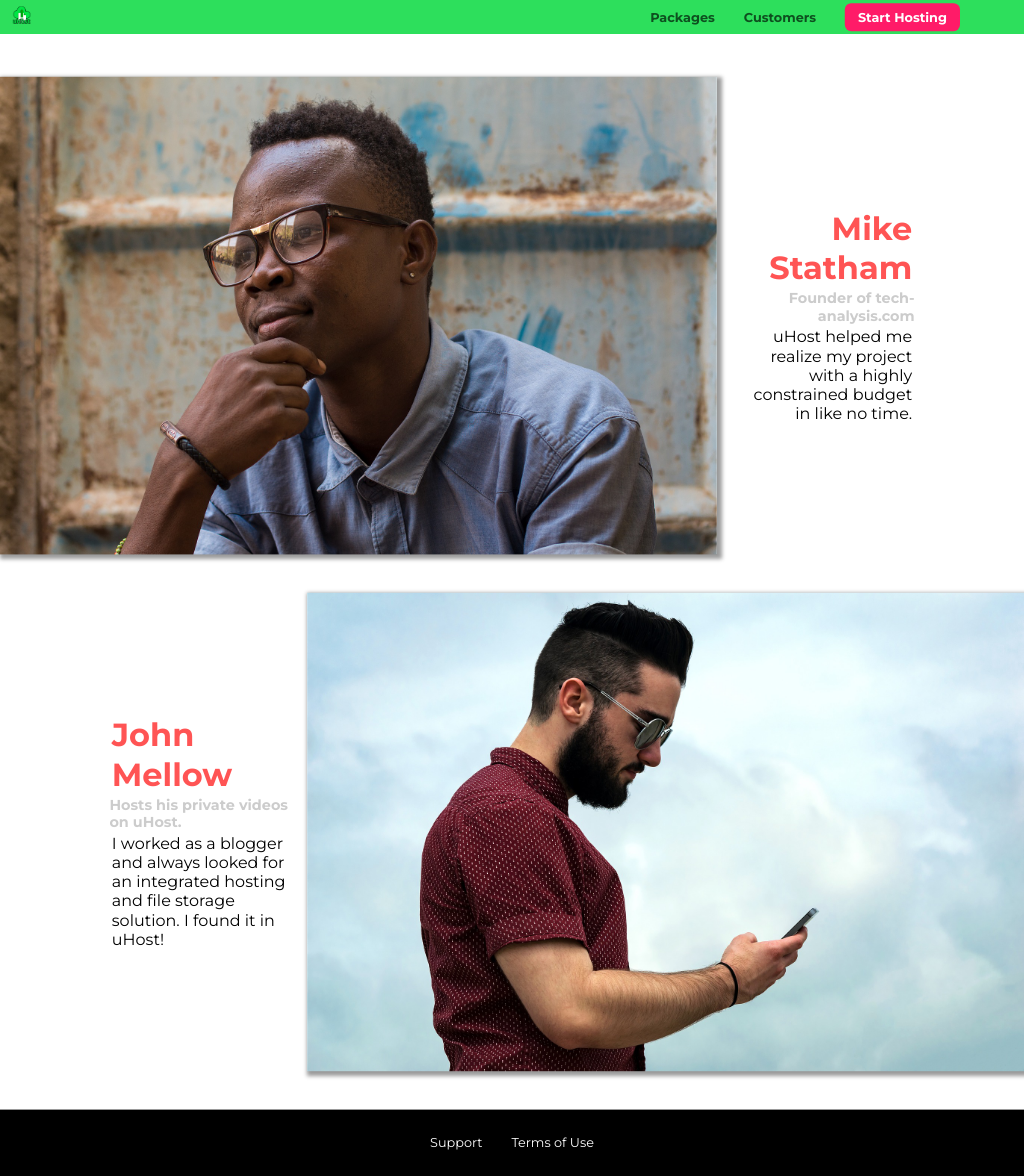
Repository: Nowacki97PL/UdemyCSS
Page: customers/index.html
The author's editor kept a copy of each file at every save. The page is drawn from the files as they stood at one save, then again after a run of saves.
The browser window is 1280 px wide. The pictures show the whole page, at 80% of full size.

Above is the page before, as saved 2023-11-18 14:26:18.

### customers/index.html
<!DOCTYPE html>
<html lang="en">

<head>
    <meta charset="UTF-8">
    <meta name="viewport" content="width=device-width, initial-scale=1.0">
    <meta http-equiv="X-UA-Compatible" content="ie=edge">
    <title>uHost Customers</title>
    <link rel="shortcut icon" href="../images/favicon.png">
    <link href="https://fonts.googleapis.com/css?family=Anton|Montserrat:400,700" rel="stylesheet">
    <link rel="stylesheet" href="customers.css">
    <link rel="stylesheet" href="../shared.css">
    <link rel="stylesheet" href="../main.css">
</head>

<body>
    <div class="backdrop"></div>
    <header class="main-header">
        <div>
            <a href="../index.html" class="main-header__brand">
                <img src="../images/uhost-icon.png" alt="logo">
            </a>
        </div>
        <nav class="main-nav">
            <ul class="main-nav__items">
                <li class="main-nav__item">
                    <a href="packages/index.html">Packages</a>
                </li>
                <li class="main-nav__item">
                    <a href="customers/index.html">Customers</a>
                </li>
                <li class="main-nav__item main-nav__item--cta">
                    <a href="start-hosting/index.html">Start Hosting</a>
                </li>
            </ul>
        </nav>
    </header>

    <main>
        <div>
            <div class="testimonial" id="customer-1">
                <div class="testimonial__image-container">
                    <img src="../images/customer-1.jpg" alt="Mike Statham - Customer" class="testimonial__image">
                </div>
                <div class="testimonial__info">
                    <h1 class="testimonial__name">Mike Statham</h1>
                    <h2 class="testimonial__subtitle">Founder of
                        <a href="tech-analysis.com">tech-analysis.com</a>
                    </h2>
                    <p class="testimonial__text">uHost helped me realize my project with a highly constrained budget in like no time.</p>
                </div>
            </div>
            <div class="testimonial" id="customer-2">

                <div class="testimonial__info">
                    <h1 class="testimonial__name">John Mellow</h1>
                    <h2 class="testimonial__subtitle">Hosts his private videos on uHost.
                    </h2>
                    <p class="testimonial__text">I worked as a blogger and always looked for an integrated hosting and file storage solution. I found
                        it in uHost!
                    </p>
                </div>
                <div class="testimonial__image-container">
                    <img src="../images/customer-2.jpg" alt="John Mellow - Customer" class="testimonial__image">
                </div>
            </div>
        </div>
    </main>
    <footer class="main-footer">
        <nav>
            <ul class="main-footer__links">
                <li class="main-footer__link">
                    <a href="#">Support</a>
                </li>
                <li class="main-footer__link">
                    <a href="#">Terms of Use</a>
                </li>
            </ul>
        </nav>
    </footer>
</body>

</html>

### customers/customers.css
.testimonial {
    font-size: 20px;
    margin: 48px 0;
  }

  .testimonial__list {
    width: 80%;
    margin: auto;
  }

  .testimonial:first-of-type {
    margin-top: 96px;
  }

  .testimonial__image-container {
    width: 70%;
    display: inline-block;
    vertical-align: middle;
    box-shadow: 3px 3px 5px 3px rgba(0, 0,  0, 0.4);
  }

  .testimonial__image {
    width: 100%;
    vertical-align: top;
  }

  .testimonial__info {
    text-align: right;
    padding: 14px;
    display: inline-block;
    vertical-align: middle;
    width: 20%;
  }

  #customer-2.testimonial {
    text-align: right;
  }

  #customer-2 .testimonial__info {
    text-align: left;
  }

  .testimonial__name {
    margin: 3px;
    color: #ff5454;
  }

  .testimonial__subtitle {
    margin: 0;
    font-size: 18px;
    color: #ccc;
  }

  .testimonial__subtitle a {
    color: inherit;
    text-decoration: none;
  }

  .testimonial__subtitle a:hover,
  .testimonial__subtitle a:active {
    color: #7a7a7a;
  }

  .testimonial__text {
    margin: 3px;
  }

### shared.css
* {
    box-sizing: border-box;
}

body {
    font-family: 'Montserrat', sans-serif;
    margin: 0;
}

.backdrop {
    position: fixed;
    top: 0;
    left: 0;
    display: none;
    z-index: 100;
    width: 100%;
    height: 100%;
    background: rgba(0, 0, 0, 0.5);
}

.main-header {
    width: 100%;
    position: fixed;
    top: 0;
    left: 0;
    background: #2ddf5c;
    padding: 8px 16px;
    z-index: 1;
}

.main-header > div {
    display: inline-block;
    vertical-align: middle;
}

.main-header__brand {
    color: #0e4f1f;
    text-decoration: none;
    font-weight: bold;
    font-size: 22px;
    display: inline-block;
    height: 22px;
}

.main-header__brand img {
    height: 22px;
}

.main-nav {
    display: inline-block;
    text-align: right;
    width: calc(100% - 74px);
    vertical-align: middle;
}

.main-nav__items {
    margin: 0;
    padding: 0;
    list-style: none;
}

.main-nav__item {
    display: inline-block;
    margin: 0 16px;
}

.main-nav__item a {
    text-decoration: none;
    color: #0e4f1f;
    font-weight: bold;
    padding: 3px 0;
}

.main-nav__item a:hover,
.main-nav__item a:active {
    color: white;
    border-bottom: 5px solid white;
}

.main-nav__item--cta a {
    color: white;
    background: #ff1b68;
    padding: 8px 16px;
    border-radius: 8px;
}

.main-nav__item--cta a:hover,
.main-nav__item--cta a:active {
    color: #ff1b68;
    background: white;
    border: none;
}

.main-footer {
    background: black;
    padding: 32px;
    margin-top: 48px;
}

.main-footer__links {
    list-style: none;
    margin: 0;
    padding: 0;
    text-align: center;
}

.main-footer__link {
    display: inline-block;
    margin: 0 16px;
}

.main-footer__link a {
    color: white;
    text-decoration: none;
}

.main-footer__link a:hover,
.main-footer__link a:active {
    color: #ccc;
}

.button {
    background: #0e4f1f;
    color: white;
    font: inherit;
    border: 1.5px solid #0e4f1f;
    padding: 8px;
    border-radius: 8px;
    font-weight: bold;
    cursor: pointer;
}

.button:hover,
.button:active {
    background: white;
    color: #0e4f1f;
}

.button:focus {
    outline: none;
}

### main.css


#product-overview {
    background: url("images/freedom.jpg") left 10% bottom 80%/cover no-repeat border-box;
    width: 100%;
    height: 528px;
    padding: 10px;
    position: relative;
}

.section-title {
    color: #2ddf5c;
    text-align: center;
}

#product-overview h1 {
    color: white;
    font-family: 'Anton', sans-serif;
    position: absolute;
    bottom: 5%;
    left: 3%;
}

.plan__list {
    width: 80%;
    margin: auto;
    text-align: center;
}

.plan {
    background: #d5ffdc;
    text-align: center;
    padding: 16px;
    margin: 8px;
    display: inline-block;
    width: 30%;
    vertical-align: middle;
    border-radius: 10px;
}

.plan--highlighted {
    border-radius: 10px;
    background: #19b84c;
    color: white;
    box-shadow: 3px 3px 5px 3px rgba(0, 0, 0, 0.5);
}

.plan__annotation {
    background: white;
    color: #19b84c;
    padding: 8px;
    box-shadow: 2px 2px 2px 2px rgba(0, 0, 0, 0.5);
    border-radius: 8px;
}

.plan__title {
    color: #0e4f1f;
}

.plan__price {
    color: #858585;
}

.plan--highlighted .plan__title {
    color: white;
}

.plan--highlighted .plan__price {
    color: #0e4f1f;
}

.plan__features {
    list-style: none;
    margin: 0;
    padding: 0;
}

.plan__feature {
    margin: 8px 0;
}

#key-features {
    background: #ff1b68;
    margin-top: 80px;
    padding: 16px;
}

#key-features .section-title {
    color: white;
    margin: 32px;
}

.key-feature__list {
    list-style: none;
    margin: 0;
    padding: 0;
    text-align: center;
}

.key-feature {
    display: inline-block;
    width: 30%;
    vertical-align: top;
}

.key-feature__image {
    background: #ffcede;
    width: 128px;
    height: 128px;
    border: 2px solid #424242;
    border-radius: 50%;
    margin: auto;
    padding: 20px;
}

.key-feature__description {
    text-align: center;
    font-weight: bold;
    color: white;
    font-size: 20px;
}

/* h1 {
    font-family: sans-serif;
} */

After the next 2 saves:
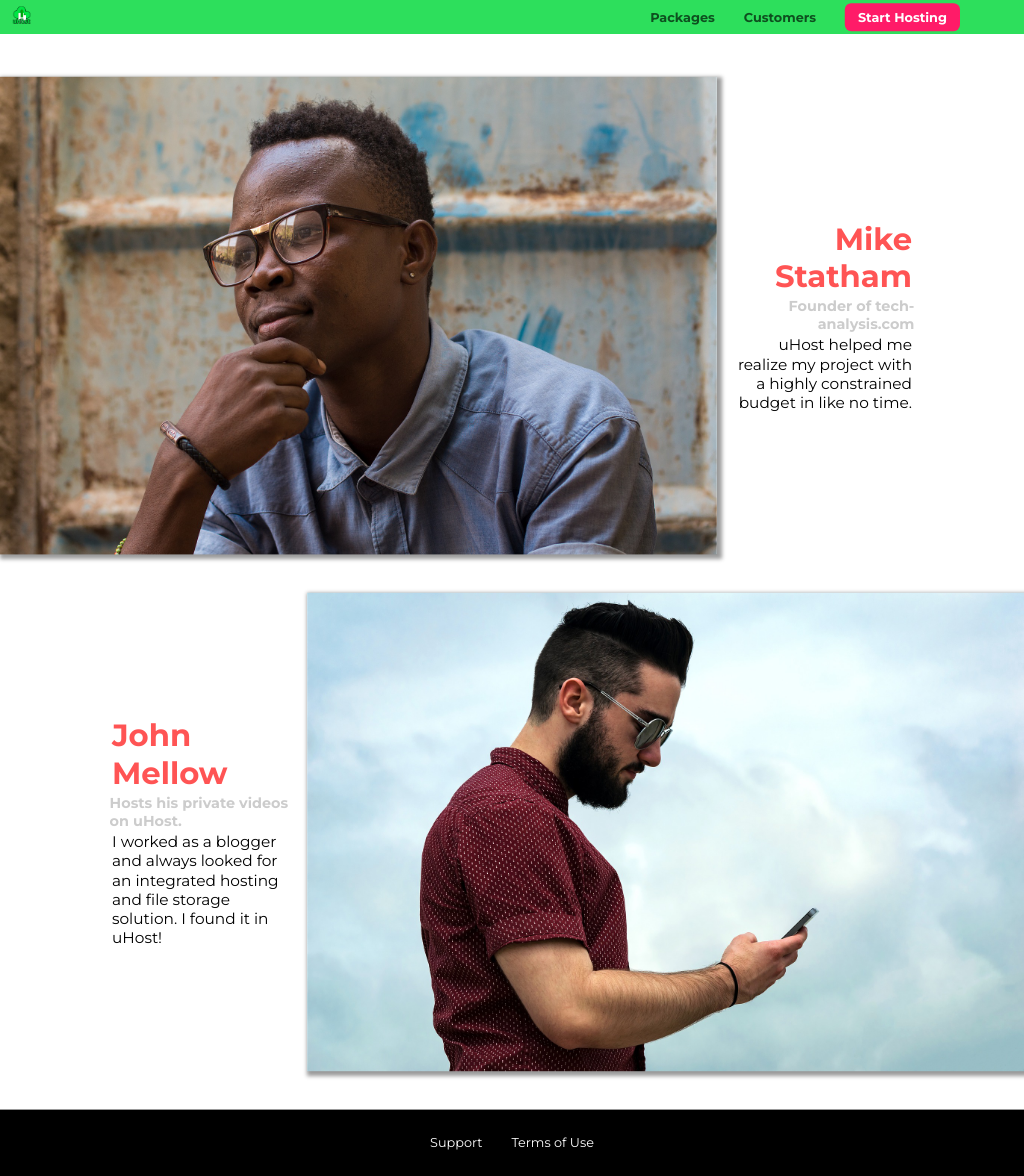
The 2 saves are shown as one change because they came seconds apart.
The last was saved 14 min 4 s later.
--- a/customers/customers.css
+++ b/customers/customers.css
@@ -1,5 +1,5 @@
 .testimonial {
-    font-size: 20px;
+    font-size: 1.2em;
     margin: 48px 0;
   }
 
